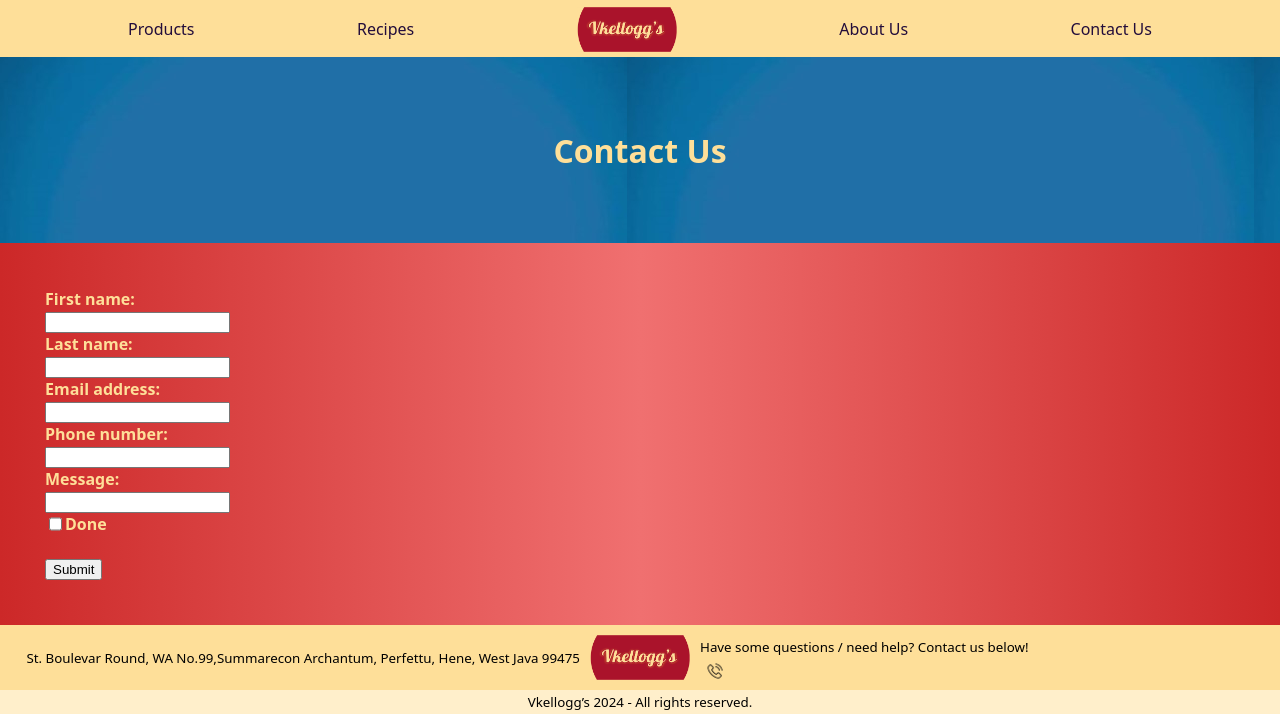
Repository: sugralld/VKelloggs
Page: Code and Assets/html/contactus.html
An editor plug-in stored every save of this project. The page is shown before and after the next save, followed by the edit.
The browser window is 1280 px wide. The pictures show the whole page.

Above is the page before, as saved 2024-12-04 06:13:11.

### Code and Assets/html/contactus.html
<!DOCTYPE html>
<html lang="en">
<head>
    <meta charset="UTF-8">
    <meta name="viewport" content="width=device-width, initial-scale=1.0">
    <title>Contact Us | Vkellogg's</title>
    <link rel="stylesheet" href="../css/headerfooternavbar.css">
    <link rel="stylesheet" href="../css/contactus.css">
</head>
<body>
    <!-- header navigation -->
    <header>
        <nav>
            <div class="navbar-menu">
                <div><a class="navbar-link1" href="../html/products.html">Products</a></div>
                <div><a class="navbar-link2" href="../html/recipes.html">Recipes</a></div>
                <div class="navbar-link3"><a href="../html/homepage.html"><img src="../asset/Screenshot 2024-05-30 105858.png" width="100" height="45" alt=""></a></div>
                <div><a class="navbar-link4" href="../html/aboutus.html">About Us</a></div>
                <div><a class="navbar-link5" href="../html/contactus.html">Contact Us</a></div>
            </div>
        </nav>
    </header>

    <!-- Header Contact Us -->
    <div class="header">
        <h1>Contact Us</h1>
    </div>

    <!-- Form Contact Us -->
     <div class="form">
        <form action="" method = "post">
            <div class="formformat">
                <label for="firstname">First name: </label>
                <input type="text" name="firstname" id="firstname">
                <br>

                <label for="lastname">Last name: </label>
                <input type="text" name="lastname" id="lastname">
                <br>

                <label for="email">Email address: </label>
                <input type="text" name="email" id="email">
                <br>

                <label for="phonenum">Phone number: </label>
                <input type="text" name="phonenum" id="phonenum">
                <br>

                <label for="message">Message: </label>
                <input type="text" name="message" id="message">
                <br>

            </div>
            <div class="checkbox-container">
                <input type="checkbox" name="agreement" id="agreement">
                <label for="agreement">Done</label>
            </div>
            <br>
            <div class="button-container">
                <button type="button" onclick="validateData()">Submit</button>
            </div>
        </form>
        <script src="../js/contactus.js"></script>
     </div>

     <!-- Footer -->
    <footer class="footer">
        <div class="upperfooter">
            <div class="footert1"><p>St. Boulevar Round, WA No.99,Summarecon Archantum, Perfettu, Hene, West Java 99475</p></div>
            <div class="footert2"><img src="../asset/Screenshot 2024-05-30 105858.png" width="100" height="45" alt=""></div>
            <div class="footert3">
                <p class="footert4">Have some questions / need help? Contact us below!</p>
                <a href="../html/contactus.html"><img src="../asset/image-removebg-preview (27).png" width="30" height="auto" alt=""></a>
            </div>
        </div>
        <div class="lowerfooter">
            <p class="textlowerfooter">Vkellogg’s 2024  -  All rights reserved.
            </p>
        </div>
     </footer>

</body>
</html>

### Code and Assets/css/headerfooternavbar.css
body {
    margin: 0;
    font-family: system-ui;
}

.navbar-menu{
    display: flex;
    justify-content: space-between;
    align-items: center;
    padding: 0px 10%;
    background-color: #FEDF99;
}

a:hover{
    background-color: #F5F5F5;
    border-radius: 30px;
    color: #CC2828;
}

.navbar-link1,.navbar-link2,.navbar-link4,.navbar-link5{
    font-family: system-ui;
    font-weight: 500;
    text-decoration: none;
    color: #230D3B;
}

.navbar-link3{
    display: block;
    margin-top: 0.7%;
    margin-bottom: 0px;
}

.footer{
    position: bot;
}

.upperfooter{
    display: flex;
    background-color: #FEDF99;
    justify-content: center;
    align-items: center;
}

.footert1,.footert3{
    padding: 0px 10px;
    display: block;
    width: 1200px;
    font-size: smaller;
}

.footert1{
    text-align: right;
}

.footert3{
    text-align: left;
}

.footert2{
    margin-top: 4px;
}

.lowerfooter{
    background-color: #FFEFCB;
    padding: 0;
    margin: 0px;
}

.textlowerfooter{
    margin: 0;
    padding: 3px;
    font-size: smaller;
    text-align: center;
}

.footert4{
    margin-bottom: 0;
}

### Code and Assets/css/contactus.css
.header{
    background-image: url(../asset/copydesktop-wallpaper-kellogg-s-frosted-flakes-breakfast-cereal-original-33-5-oz-box.jpg);
    display: block;
    padding: 50px;
    text-align: center;
    color: #FEDF99;
}

.form{
    margin: 0 auto;
    background: linear-gradient(0.25turn,#CC2828,#F07070,#CC2828);
    padding: 45px;
    font-weight: bold;
    color: #FEDF99;
}

.formformat label{
    display: block;
}

.formformat .input[type="text"]{
    width: calc(100% - 20px);
    max-width: 100%;
    margin: 0 auto 15px;
    padding: 5px;
    box-sizing: border-box;
    font-family: Arial, sans-serif;
    font-size: 16px;
}

.form .checkbox-container{
    display: flex;
}

.form .button-container{
   padding: 0px;

}

### Code and Assets/js/contactus.js
function wordLen(str) {
    const value = str.trim().split(/\s+/);
    return value.length;
}

function checkAlphaNum(password){
    var isAlpha = false;
    var isNum = false;
    for(let i=0; i<password.length; i++){
        if(isNaN(password[i])){
            isAlpha = true;
        }
        else{
            isNum = true;
        }

        if(isAlpha || isNum){
            return true;
        }
    }
    return false;
}


function validateData(){
    var firstname = document.getElementById("firstname");
    var lastname = document.getElementById("lastname");
    var email = document.getElementById("email");
    var phonenum = document.getElementById("phonenum");
    var message = document.getElementById("message");
    var agreement = document.getElementById("agreement");

    if(!checkAlphaNum(firstname.value)){
        alert("First name must be alphabet!");
    }
    else if(!checkAlphaNum(lastname.value)){
        alert("Last name must be alphabet!");
    }
    else if(!email.value.endsWith("@gmail.com")){
        alert("Email must end with '@gmail.com'!");
    }
    else if(!checkAlphaNum(phonenum.value)){
        alert("Phone number must be numeric!");
    }
    else if(wordLen(message.value)<5){
        alert("Message must be at least 5 words!");
    }
    else if(!agreement.checked){
        alert("'Done' checkbox must be checked!");
    }
    else{
        alert("Message Submitted.");
    }

}

After the next save:
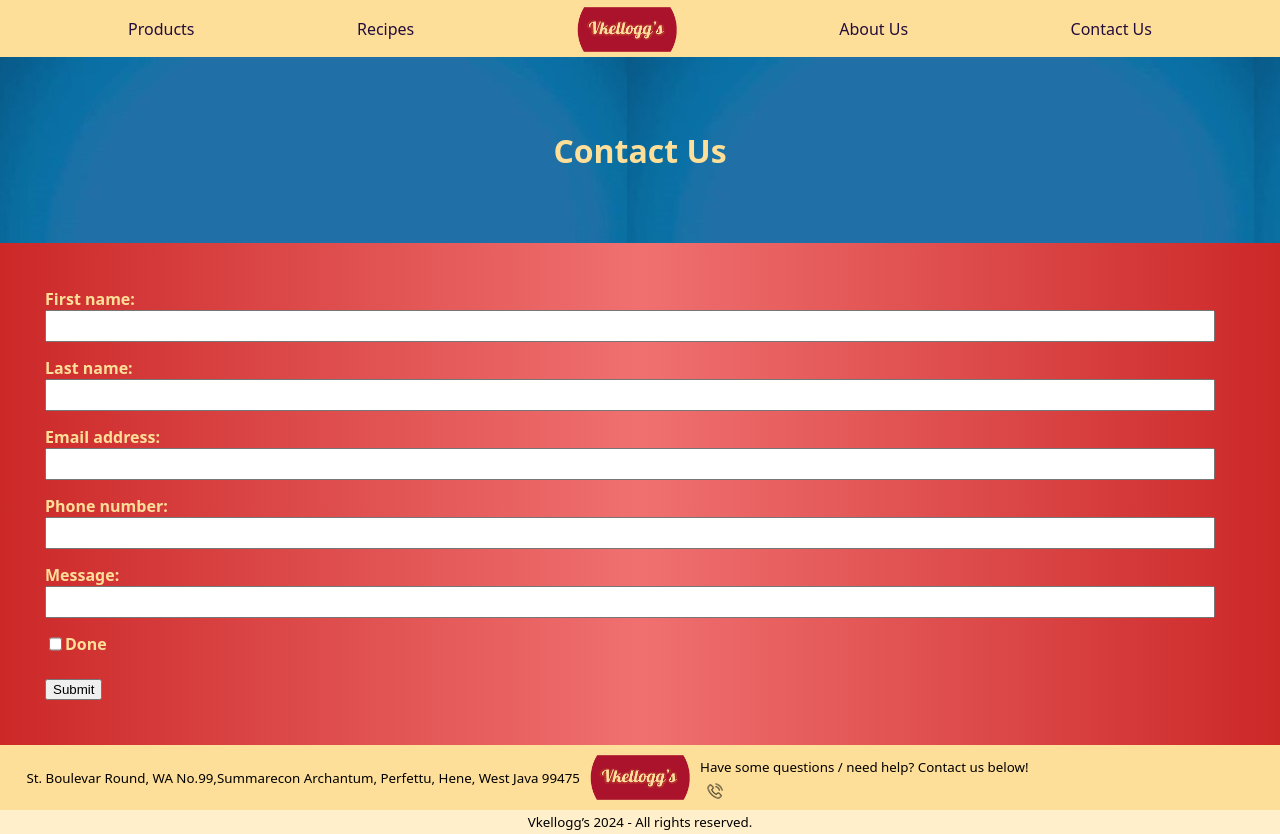
Saved 70 s later.
--- a/Code and Assets/css/contactus.css
+++ b/Code and Assets/css/contactus.css
@@ -18,7 +18,7 @@
     display: block;
 }
 
-.formformat .input[type="text"]{
+.formformat input[type="text"]{
     width: calc(100% - 20px);
     max-width: 100%;
     margin: 0 auto 15px;

After the 2 saves that followed:
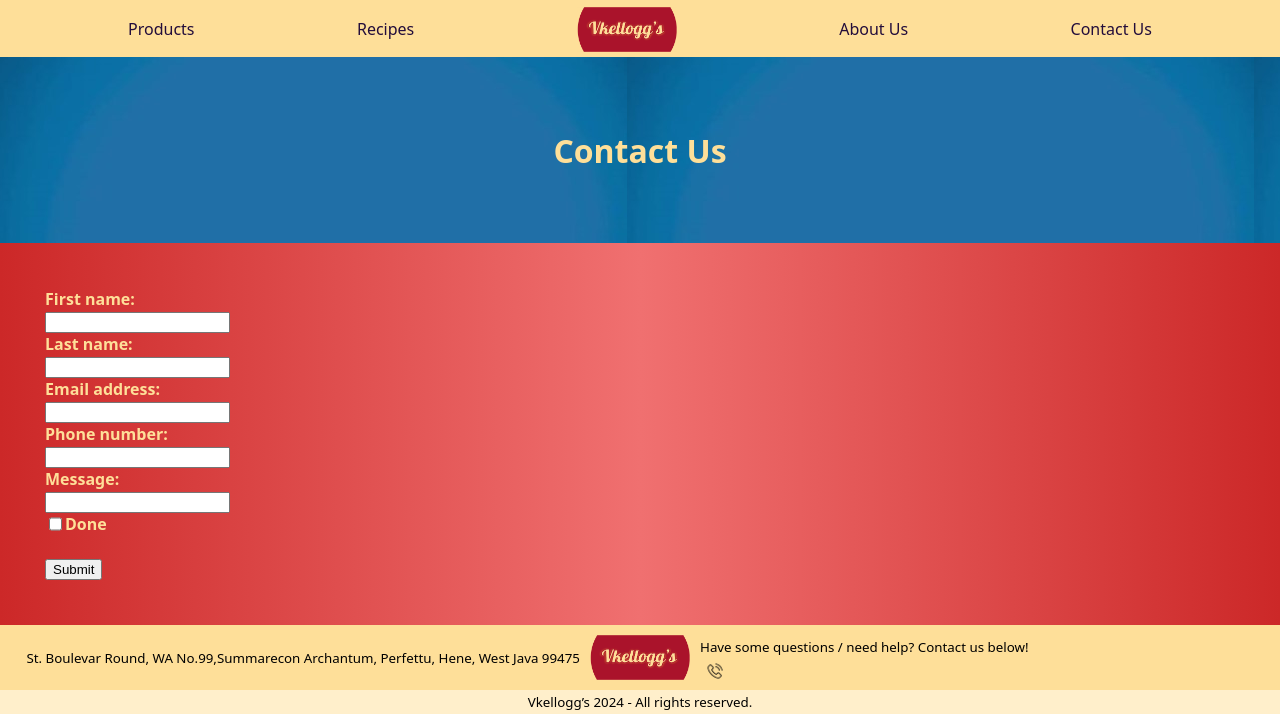
The 2 saves are shown as one change because they came seconds apart.
The last was saved 13 s later.
--- a/Code and Assets/css/contactus.css
+++ b/Code and Assets/css/contactus.css
@@ -14,11 +14,11 @@
     color: #FEDF99;
 }
 
-.formformat label{
+.form label{
     display: block;
 }
 
-.formformat input[type="text"]{
+.formformat .input[type="text"]{
     width: calc(100% - 20px);
     max-width: 100%;
     margin: 0 auto 15px;
